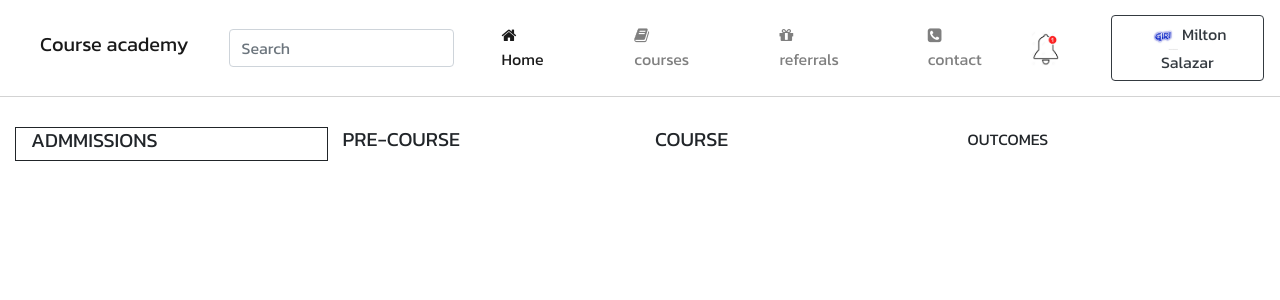
Repository: giribabu1997/html-layout
Page: task.html
These files come from the project's save history. The page is drawn as it stood at one moment and after a run of saves; the edit follows.
The browser window is 1280 px wide. The pictures show the whole page.

Above is the page before, as saved 2019-06-24 09:11:42.

### task.html
<!DOCTYPE html>
<html lang="en">

<head>
    <meta charset="UTF-8">
    <meta name="viewport" content="width=device-width, initial-scale=1.0">
    <meta http-equiv="X-UA-Compatible" content="ie=edge">
    <title>Document</title>
    <link rel="stylesheet" href="https://stackpath.bootstrapcdn.com/bootstrap/4.3.1/css/bootstrap.min.css"
        integrity="sha384-ggOyR0iXCbMQv3Xipma34MD+dH/1fQ784/j6cY/iJTQUOhcWr7x9JvoRxT2MZw1T" crossorigin="anonymous">
    <link href="https://fonts.googleapis.com/css?family=Kanit&display=swap" rel="stylesheet">
    <link rel="stylesheet" href="https://cdnjs.cloudflare.com/ajax/libs/font-awesome/4.7.0/css/font-awesome.min.css">
    <style>
        .navhead-height {
            padding: 1.5rem;
        }

        .head-container {
            padding: 0%;
        }

        * {
            font-family: 'Kanit', sans-serif;
        }

        .home-link {
            padding-right: 2.5rem !important;
            padding-left: 2.5rem !important;
        }
    </style>

</head>

<body>
    <div class="container-fluid head-container" style=" border-bottom: 1px solid lightgrey;">
        <nav class="navbar navbar-expand-lg navbar-light bg-white">
            <a class="navbar-brand navhead-height" href="#">
                <h5>Course academy </h5>
            </a>
            <button class="navbar-toggler" type="button" data-toggle="collapse" data-target="#navbarSupportedContent"
                aria-controls="navbarSupportedContent" aria-expanded="false" aria-label="Toggle navigation">
                <span class="navbar-toggler-icon"></span>
            </button>
            <form class="form-inline my-2 my-lg-0">
                <input class="form-control mr-sm-2" type="search" placeholder="Search" aria-label="Search">
            </form>
            <div class="collapse navbar-collapse" id="navbarSupportedContent">
                <ul class="navbar-nav mr-auto">
                    <li class="nav-item active">
                        <a class="nav-link home-link" href="#"><i class="fa fa-home"></i> Home <span
                                class="sr-only">(current)</span></a>
                    </li>
                    <li class="nav-item">
                        <a class="nav-link home-link" href="#"><i class="fa fa-book"></i> courses</a>
                    </li>
                    <li class="nav-item">
                        <a class="nav-link home-link" href="#"><i class="fa fa-gift"></i> referrals</a>
                    </li>
                    <li class="nav-item">
                        <a class="nav-link home-link" href="#"><i class="fa fa-phone-square"></i> contact</a>
                    </li>
                    <li class="nav-item">
                        <a class="nav-link home-link" href="#"></a>
                        <img src="icon.png" width="30px" style="text-align: center" />
                        </a>
                    </li>
                    <button class="btn btn-outline-dark my-2 my-sm-0" type="submit">
                        <img src="giri.png" width="30px" /> Milton Salazar </button>
            </div>
        </nav>
    </div>
    <div class="container-fluid" style="padding: 30px">
        <div class="row">
            <div class="col-sm-3" style="border: 1px solid; width: 30px">
              <h5> ADMMISSIONS</h5>
            </div>
            <div class="col-sm-3">
               <h5> PRE-COURSE</h5>
            </div>
            <div class="col-sm-3">
                <h5> COURSE </h5>
            </div>
            <div class="col-sm-3">
                OUTCOMES
            </div>
        </div>
    </div>


</body>
<script src="https://code.jquery.com/jquery-3.3.1.slim.min.js"
    integrity="sha384-q8i/X+965DzO0rT7abK41JStQIAqVgRVzpbzo5smXKp4YfRvH+8abtTE1Pi6jizo"
    crossorigin="anonymous"></script>
<script src="https://cdnjs.cloudflare.com/ajax/libs/popper.js/1.14.7/umd/popper.min.js"
    integrity="sha384-UO2eT0CpHqdSJQ6hJty5KVphtPhzWj9WO1clHTMGa3JDZwrnQq4sF86dIHNDz0W1"
    crossorigin="anonymous"></script>
<script src="https://stackpath.bootstrapcdn.com/bootstrap/4.3.1/js/bootstrap.min.js"
    integrity="sha384-JjSmVgyd0p3pXB1rRibZUAYoIIy6OrQ6VrjIEaFf/nJGzIxFDsf4x0xIM+B07jRM"
    crossorigin="anonymous"></script>

</html>

After the next 2 saves:
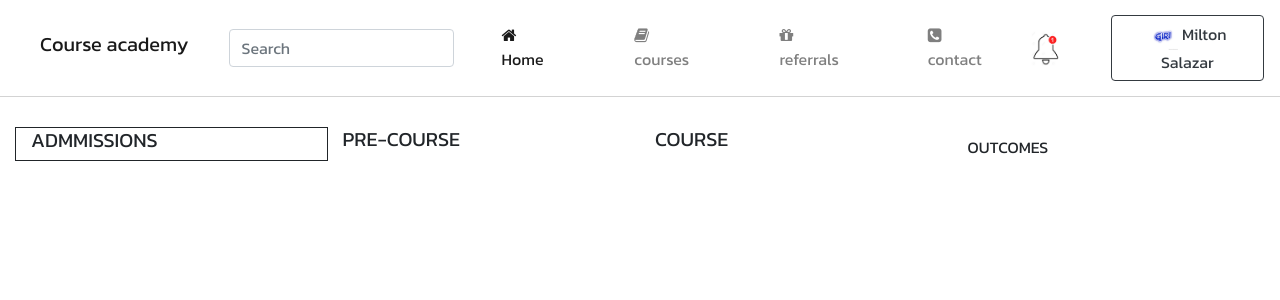
The 2 saves are shown as one change because they came seconds apart.
The last was saved 6 s later.
--- a/task.html
+++ b/task.html
@@ -81,7 +81,7 @@
                 <h5> COURSE </h5>
             </div>
             <div class="col-sm-3">
-                OUTCOMES
+               <h5></h5> OUTCOMES
             </div>
         </div>
     </div>
